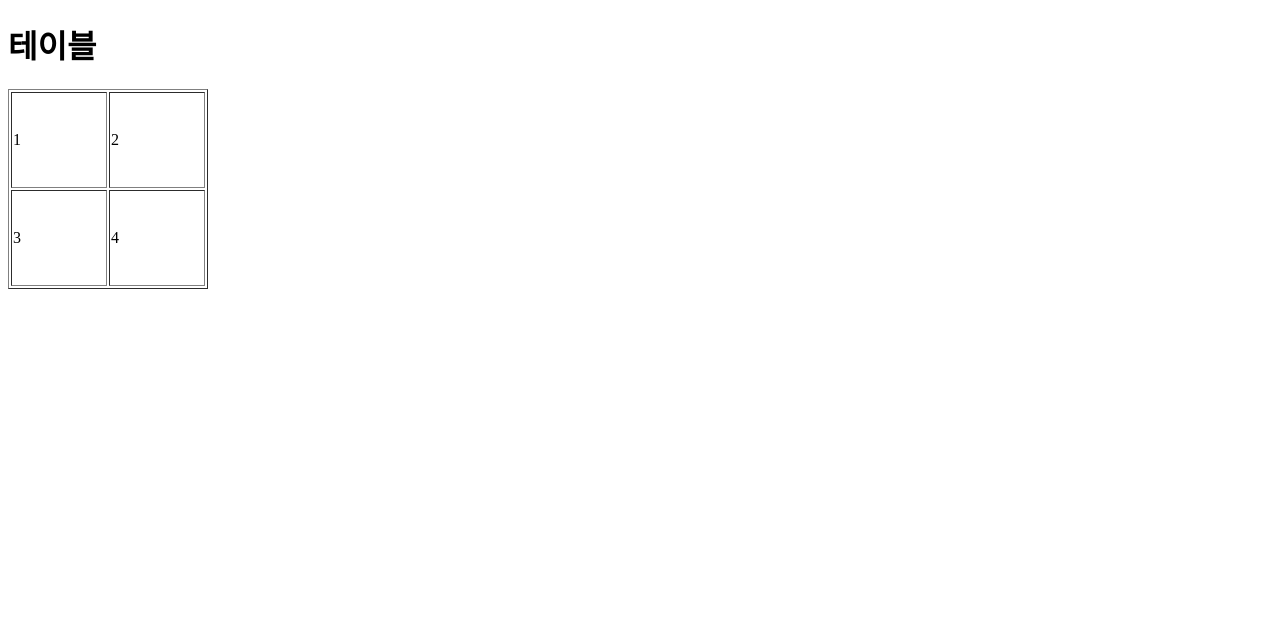
Repository: dnjs0/HCJ
Page: ClientTest/src/main/webapp/ex17_table.html
The author's editor kept a copy of each file at every save. The page is drawn from the files as they stood at one save, then again after the next save.
The browser window is 1280 px wide. The pictures show the whole page.

Above is the page before, as saved 2025-02-12 00:08:19.

After the next save:
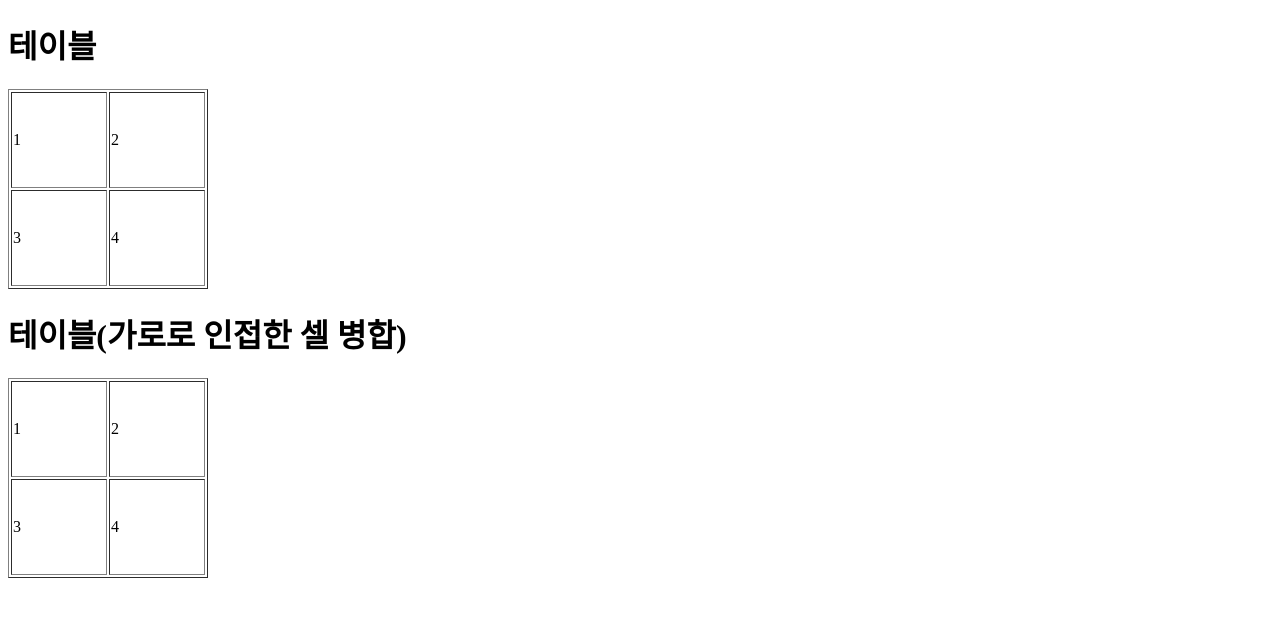
Saved 39 s later.
--- a/ClientTest/src/main/webapp/ex17_table.html
+++ b/ClientTest/src/main/webapp/ex17_table.html
@@ -22,5 +22,23 @@
             <td>4</td>
         </tr>
      </table>
+
+
+
+
+     <h1>테이블(가로로 인접한 셀 병합)</h1>
+     <table border="1" width="200" height="200">
+        <tr>
+            <td>1</td>
+            <td>2</td>
+        </tr>
+        <tr>
+            <td>3</td>
+            <td>4</td>
+        </tr>
+     </table>
+
+
+
 </body>
 </html>
